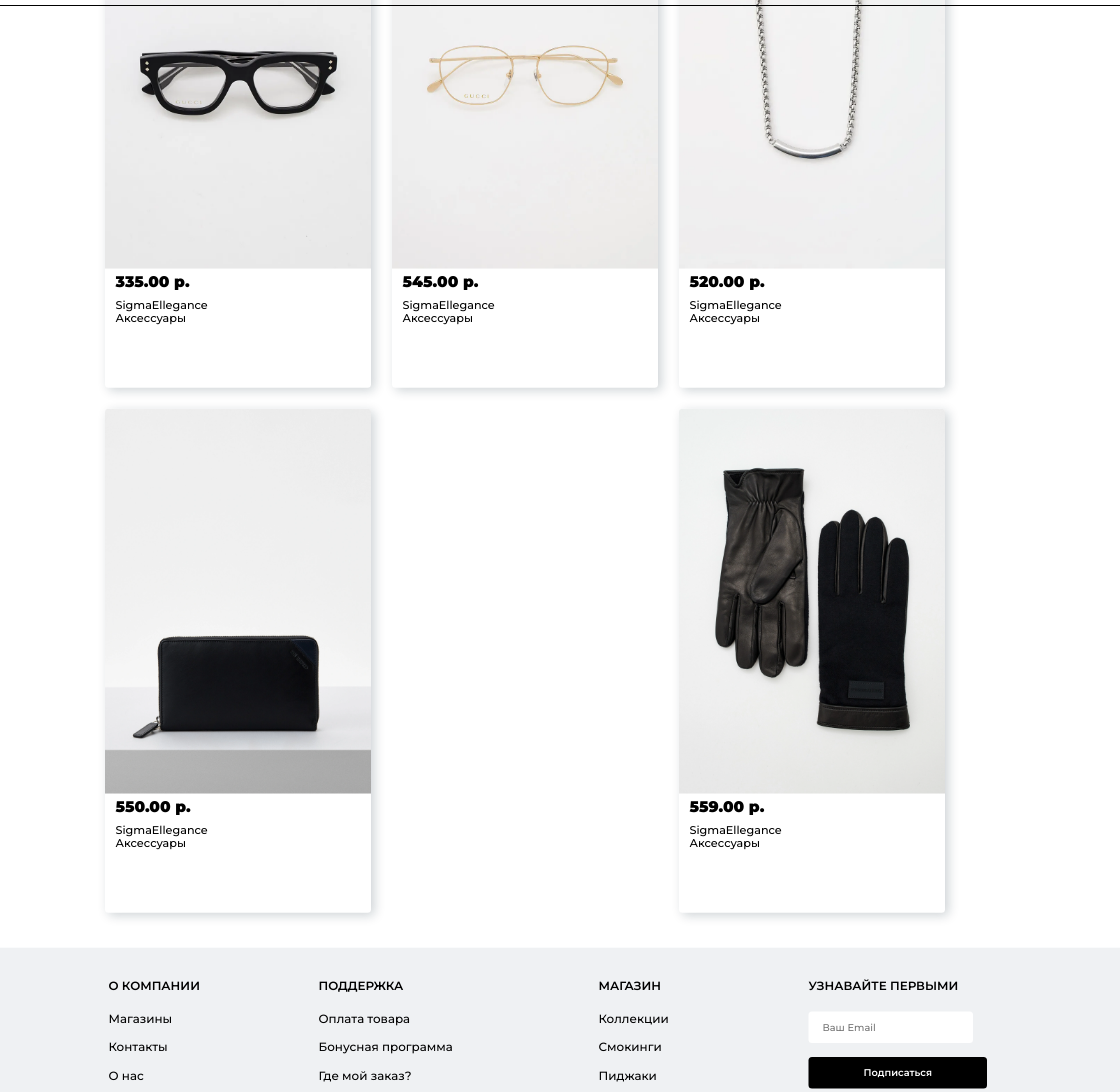
Repository: MaksimKrupkin/SigmaEllegance
Page: /goodspage/accessories
The author's editor kept a copy of each file at every save. The page is drawn from the files as they stood at one save, then again after the next save.
The browser window is 1280 px wide. The page is 1600 px wide, so the pictures cover 1600 px, including what lies to the right of the window. The pictures show the part of the page from y = 357 to 1917 px (the page is 2258 px tall), at 70% of full size.
Some web fonts or font styles are not loaded; a fallback is used. The project was rebuilt for these pictures with package versions that can differ from the ones it lists, and the page was loaded fresh each time. Requests to the local data server were answered from the project's data file. Also part of the build but not shown: src/Components/SideBar/SideBar.module.css, src/Components/SideBar/SideBar.jsx, src/Pages/HomePage.module.css, src/Components/SliderWrapper/SliderWrapper.module.css, src/Components/SliderCard/SliderCard.module.css, src/Components/SliderCard/SliderCard.jsx, src/Components/LeftArrow/LeftArrow.module.css, src/Components/LeftArrow/LeftArrow.jsx and 30 more.

Above is the page before, as saved 2023-12-19 20:25:39.

### public/index.html
<!DOCTYPE html>
<html lang="en">
  <head>
    <meta charset="utf-8" />

    <meta name="viewport" content="width=device-width, initial-scale=1" />
    <link rel="icon" type="image/png" href="./favicon.png" sizes="32x32" />
    <link rel="preconnect" href="https://fonts.googleapis.com" />
    <link rel="preconnect" href="https://fonts.gstatic.com" crossorigin />
    <link
      href="https://fonts.googleapis.com/css2?family=Roboto:wght@400;500;700&display=swap"
      rel="stylesheet" />
    <link
      href="https://fonts.googleapis.com/css2?family=Montserrat:ital,wght@0,300;0,500;0,600;0,900;1,400;1,500&family=Roboto:wght@400;500;700&display=swap"
      rel="stylesheet" />
    <link rel="preconnect" href="https://fonts.googleapis.com" />
    <link rel="preconnect" href="https://fonts.gstatic.com" crossorigin />
    <link
      href="https://fonts.googleapis.com/css2?family=Montserrat:wght@300&family=Roboto:wght@400;500;700&display=swap"
      rel="stylesheet" />
    <link href="https://fonts.cdnfonts.com/css/montserrat" rel="stylesheet" />
    <title>SigmaEllegance</title>
  </head>
  <body>
    <div id="root"></div>
  </body>
</html>

### src/index.js
import React from 'react';
import ReactDOM from 'react-dom/client';
import App from './App';
import { BrowserRouter } from 'react-router-dom';

const root = ReactDOM.createRoot(document.getElementById('root'));
root.render(
  <React.StrictMode>
    <BrowserRouter>
      <App />
    </BrowserRouter>
  </React.StrictMode>,
);

### src/App.js
import React, { useState, useEffect, useRef } from 'react';
import Header from './Components/Header/Header';
import HomePage from './Pages/HomePage';
import styles from './App.module.css';
import GoodsPage from './Pages/GoodsPage/GoodsPage';
import OpenGoodPage from './Pages/OpenGoodPage/OpenGoodPage';
import Footer from './Components/Footer/Footer';
import { BrowserRouter, Route, Routes, useParams } from 'react-router-dom';
import AboutUs from './Pages/AboutUs/AboutUs';
import SearchPage from './Pages/SearchPage/SearchPage';
import Contacts from './Pages/Contacts/Contacts';
import Payment from './Pages/Payment/Payment';
import Cart from './Pages/Cart/Cart';

function App() {
  const { category, id } = useParams();
  const [sidebarOpen, setSidebarOpen] = useState(false);

  const closeSidebar = () => {
    setSidebarOpen(false);
  };

  useEffect(() => {
    const handleOutsideClick = (event) => {};

    document.addEventListener('mousedown', handleOutsideClick);

    return () => {
      document.removeEventListener('mousedown', handleOutsideClick);
    };
  }, []);
  return (
    <div className={styles.container}>
      <Header />
      <Routes>
        <Route path="/" element={<HomePage />} />
        <Route path="/goodspage/" element={<GoodsPage />} />
        <Route path="/goodspage/:category" element={<GoodsPage />} />
        <Route path="/goodspage/:category/:id" element={<OpenGoodPage />} />
        <Route path="/opengoodspage" element={<OpenGoodPage />} />
        <Route path="/opengoodspage/:category/:id" element={<OpenGoodPage />} />
        <Route path="/aboutUsPage" element={<AboutUs />} />
        <Route path="/searchPage" element={<SearchPage />} />
        <Route path="/contacts" element={<Contacts />} />
        <Route path="/payment" element={<Payment />} />
        <Route path="/cart" element={<Cart />} />
      </Routes>

      <Footer />
    </div>
  );
}

export default App;

### src/Components/Header/Header.jsx
import React from 'react';
import { useState } from 'react';
import { Link } from 'react-router-dom';
import styles from './Header.module.css';
import logo from '../../assets/img/logo.svg';
import icon1 from '../../assets/img/Icon1.svg';
import icon2 from '../../assets/img/icon2.svg';
import icon3 from '../../assets/img/icon3.svg';
import icon4 from '../../assets/img/icon4.svg';
import SideBar from '../SideBar/SideBar';

function Header() {
  const [toggleMenu, setToggleMenu] = useState(false);
  const HandleToggle = () => {
    setToggleMenu(!toggleMenu);
  };
  console.log(toggleMenu);
  return (
    <header className={styles.header}>
      <div className={styles.left_part}>
        <div onClick={HandleToggle} className={styles.menu}>
          <img className={styles.icon1} src={icon1} alt="" />
          <p>Меню</p>
        </div>
        {toggleMenu && <SideBar HandleToggle={HandleToggle} />}

        <Link to="/searchPage" className={styles.search}>
          <img className={styles.icon2} src={icon2} alt="" />
          <p>Поиск</p>
        </Link>
      </div>
      <Link to="/" className={styles.logo_part}>
        <img className={styles.logo} src={logo} alt="" />
        <p>SigmaEllegance</p>
      </Link>
      <div className={styles.right_part}>
        <Link to="/cart" className={styles.liked}>
          <p>Желаемое</p>
          <img className={styles.icon3} src={icon3} alt="" />
        </Link>
        <Link className={styles.purchases}>
          <p>Мой SE</p>
          <img className={styles.icon4} src={icon4} alt="" />
        </Link>
      </div>
    </header>
  );
}

export default Header;

### src/App.module.css
body {
  font-family: 'Montserrat', sans-serif;
  display: block;
  margin: 0 auto;
  padding: 0;
  width: 100%;
  position: relative;
  overflow-x: hidden;
}
.container {
  width: 1600px;
  display: block;
  margin: 0 auto;
}

*,
*::before,
*::after {
  box-sizing: border-box;
}

/* Links */

a,
a:link,
a:visited {
  text-decoration: none;
}

a:hover {
  text-decoration: none;
}

/* Common */

aside,
nav,
header,
section,
main {
  display: block;
}

h1,
h2,
h3,
h4,
h5,
h6,
p {
  font-size: inherit;
  font-weight: inherit;
}

ul,
ul li {
  list-style: none;
}

img {
  vertical-align: top;
}

img,
svg {
  max-width: 100%;
  height: auto;
}

address {
  font-style: normal;
}

/* Form */

input,
textarea,
button,
select {
  font-family: inherit;
  font-size: inherit;
  color: inherit;
  background-color: transparent;
}

input::-ms-clear {
  display: none;
}

button,
input[type='submit'] {
  display: inline-block;
  box-shadow: none;
  background-color: transparent;
  background: none;
  cursor: pointer;
}

input:focus,
input:active,
button:focus,
button:active {
  outline: none;
}

button::-moz-focus-inner {
  padding: 0;
  border: 0;
}

label {
  cursor: pointer;
}

legend {
  display: block;
}

### src/Pages/GoodsPage/GoodsPage.jsx
import React, { useState, useEffect } from 'react';
import GoodsCard from '../../Components/GoodsCard/GoodsCard';
import styles from './GoodsPage.module.css';
import axios from 'axios';
import Footer from '../../Components/Footer/Footer';
import { useParams } from 'react-router-dom';
import SkeletonCard from '../../Components/SkeletonCard';

export default function GoodsPage() {
  React.useEffect(() => {
    window.scrollTo(0, 0);
  });
  const { category } = useParams();
  const [goods, setGoods] = useState([]);
  useEffect(() => {
    axios
      .get(`http://localhost:3001/${category}`)
      .then((resp) => {
        const data = resp.data;
        setGoods(data);
        setIsLoading(false);
      })
      .catch((error) => {
        console.log(error, 'error');
      });
  }, [category]);
  const firstItemType = goods.length > 0 ? goods[0].type : '';
  const [isLoading, setIsLoading] = useState(true);
  console.log(firstItemType);
  console.log(goods);

  return (
    <div className={styles.main}>
      <div className={styles.page_title}>{firstItemType}</div>
      <div className={styles.container_goods}>
        {isLoading
          ? [...new Array(6)].map((_, index) => <SkeletonCard key={index} />)
          : goods.map((card, index) => (
              <GoodsCard
                key={index}
                type={card.type}
                price={card.price}
                image={card.image1}
                id={card.id}
                category={card.category}
              />
            ))}
        {/* {goods.map((card, index) => (
          <GoodsCard
            key={index}
            type={card.type}
            price={card.price}
            image={card.image1}
            id={card.id}
          />
        ))} */}
      </div>
    </div>
  );
}

### src/Components/Footer/Footer.jsx
import React from 'react';
import icon1 from '../../assets/img/pint.svg';
import icon2 from '../../assets/img/TT.svg';
import icon3 from '../../assets/img/TG.svg';
import icon4 from '../../assets/img/IG.svg';
import icon5 from '../../assets/img/VK.svg';
import styles from './Footer.module.css';

export default function Footer() {
  return (
    <footer className={styles.footer}>
      <div className={styles.column_1}>
        <a className={styles.column_title}>О компании</a>
        <a className={styles.column_item}> Магазины</a>
        <a className={styles.column_item}>Контакты</a>
        <a className={styles.column_item}>О нас</a>
        <a className={styles.column_item}>Политика</a>
        <a className={styles.column_item}>Обратная связь</a>
      </div>
      <div className={styles.column_2}>
        <a className={styles.column_title}>Поддержка</a>
        <a className={styles.column_item}> Оплата товара</a>
        <a className={styles.column_item}>Бонусная программа</a>
        <a className={styles.column_item}>Где мой заказ?</a>
        <a className={styles.column_item}>Доставка товара</a>
        <a className={styles.column_item}>Обмен и возврат</a>
        <a className={styles.column_item}>Подарочный сертификат</a>
        <a className={styles.column_item}>Помощь портного</a>
      </div>
      <div className={styles.column_3}>
        <a className={styles.column_title}>Магазин</a>
        <a className={styles.column_item}> Коллекции</a>
        <a className={styles.column_item}>Смокинги</a>
        <a className={styles.column_item}>Пиджаки</a>
        <a className={styles.column_item}>Брюки & Штаны</a>
        <a className={styles.column_item}>Рубашки</a>
        <a className={styles.column_item}>Все товары</a>
      </div>
      <div className={styles.footer_form}>
        <div className={styles.footer_form_title}>Узнавайте первыми</div>
        <form action={styles.text}>
          <input className={styles.footer_form_email} type="text" placeholder="Ваш Email" />
        </form>
        <div className={styles.footer_button}>
          <div className={styles.footer_link}>Подписаться</div>
        </div>
        <div className={styles.policy}>
          Подписываясь на рассылку, вы соглашаетесь с условиями{' '}
          <a href="" className={styles.policy_link}>
            оферты
          </a>{' '}
          и <a className={styles.policy_link}>политики конфиденциальности</a>{' '}
        </div>
      </div>
      <div className={styles.footer_border}>
        <img src="/img/Border.svg" alt="" />
      </div>
      <div className={styles.sigma_corp}>© SigmaEllegance, 2023</div>
      <div className={styles.made_by}>made by @krupkinmaxim</div>
      <div className={styles.social_networks}>
        <img className={styles.pintrest} src={icon1} alt="" />
        <img className={styles.tik_tok} src={icon2} alt="" />
        <img className={styles.telegram} src={icon3} alt="" />
        <img className={styles.instagram} src={icon4} alt="" />
        <img className={styles.vk} src={icon5} alt="" />
      </div>
    </footer>
  );
}

### src/Components/Header/Header.module.css
.header {
  font-family: 'Montserrat', sans-serif;
  margin: 0 auto;
  width: 100%;
  height: 10vh;
  display: flex;
  justify-content: space-around;
  align-items: center;
}

.left_part {
  display: flex;
  justify-content: space-between;
  align-items: center;
  gap: 25px;
  color: #000;
  margin-bottom: -2px;

  font-family: Montserrat;
  font-size: 17px;
  font-style: normal;
  font-weight: 500;
  line-height: normal;
}
.menu {
  display: flex;
  justify-content: space-between;
  align-items: center;
  gap: 8px;
  cursor: pointer;
}
.menu:hover {
  color: rgb(80, 77, 77);
}
.icon1 {
  width: 22px;
  height: 22px;
  margin-bottom: 1px;
}
.search {
  display: flex;
  justify-content: space-between;
  align-items: center;
  gap: 8px;
  cursor: pointer;
  color: black;
}

.search:hover {
  color: rgb(80, 77, 77);
}
.icon2 {
  width: 18px;
  height: 18px;
  margin-bottom: 3px;
}

.logo_part {
  margin-bottom: 3px;
  display: flex;
  justify-content: space-between;
  align-items: center;

  color: #000;

  font-family: Montserrat;
  font-size: 25px;
  font-style: normal;
  font-weight: 400;
  line-height: normal;
  cursor: pointer;
}

.logo {
  width: 67.375px;
  height: 69.103px;
  flex-shrink: 0;
  margin-right: -10px;
}
.right_part {
  margin-bottom: -2px;
  display: flex;
  justify-content: space-between;
  align-items: center;
  gap: 23px;
  font-family: Montserrat;
  font-size: 17px;
  font-style: normal;
  font-weight: 500;
  line-height: normal;
}

.liked {
  color: black;
  display: flex;
  justify-content: space-between;
  align-items: center;
  gap: 8px;
  cursor: pointer;
}
.liked:hover {
  color: rgb(80, 77, 77);
}
.icon3 {
  width: 22px;
  height: 22px;
  margin-bottom: 3px;
}

.purchases {
  color: black;
  display: flex;
  justify-content: space-between;
  align-items: center;
  gap: 8px;
  cursor: pointer;
}
.purchases:hover {
  color: rgb(80, 77, 77);
}

.icon4 {
  width: 19px;
  height: 19px;
  margin-bottom: 3px;
}

### src/Components/GoodsCard/GoodsCard.jsx
import React from 'react';
import styles from './GoodsCard.module.css';
import { useState } from 'react';
import { Link, useParams } from 'react-router-dom';

export default function GoodsCard({ price, image, id, type, category }) {
  return (
    <div className={styles.goods_card}>
      <Link to={`/opengoodspage/${category}/${id}`} className={styles.goods_link}>
        <img src={image} alt="" className={styles.good_image} />
        <div className={styles.price}>{price}</div>
        <div className={styles.brandname}>SigmaEllegance</div>
        <div className={styles.type}>{type}</div>
      </Link>
    </div>
  );
}

### src/Pages/GoodsPage/GoodsPage.module.css
.main {
  display: flex;
  flex-direction: column;
  overflow-y: hidden;
}
.page_title {
  text-align: center;
  margin-top: 20px;
  font-size: 40px;
  text-transform: uppercase;
}

.container_goods {
  width: 1200px;

  margin: 150px;
  margin-right: 140px;
  margin-top: 50px;
  display: flex;
  justify-content: space-between;
  gap: 115px;

  border-color: #00bfed;
  display: flex;
  justify-content: space-between;
  gap: 30px;
  flex-wrap: wrap;
  margin-bottom: 50px;
}

### src/Components/SkeletonCard.jsx
import React from 'react';
import ContentLoader from 'react-content-loader';

const SkeletonCard = () => (
  <ContentLoader
    speed={1.3}
    width={380}
    height={730}
    viewBox="0 0 380 730"
    backgroundColor="#e3e6ed"
    foregroundColor="#d8e2ee">
    <rect x="126" y="76" rx="0" ry="0" width="2" height="2" />
    <rect x="106" y="55" rx="0" ry="0" width="3" height="3" />
    <rect x="98" y="112" rx="0" ry="0" width="2" height="1" />
    <rect x="100" y="112" rx="0" ry="0" width="0" height="1" />
    <rect x="2" y="1" rx="8" ry="8" width="380" height="720" />
  </ContentLoader>
);

export default SkeletonCard;

### src/Components/Footer/Footer.module.css
.footer {
  background-color: #eff1f3;
  width: 1600px;
  height: 547px;
  position: absolute;
  overflow-y: hidden;
  margin-top: 0px;
}
a {
  display: block;
}

.column_1 {
  position: absolute;
  top: 45px;
  left: 155px;
}

.column_2 {
  position: absolute;
  top: 45px;
  left: 455px;
}

.column_3 {
  position: absolute;
  top: 45px;
  left: 855px;
}
.column_title {
  font-style: normal;
  font-weight: 600;
  font-size: 17px;
  line-height: 21px;
  text-transform: uppercase;
  color: #000000;
  margin-bottom: 25px;
}

.column_item {
  font-family: 'Montserrat';
  font-style: normal;
  font-weight: 400;
  font-size: 17px;
  line-height: 21px;
  color: #000000;
  margin-bottom: 20px;
  cursor: pointer;
}

.footer_form {
  position: absolute;
  top: 45px;
  left: 1155px;
}

.footer_form_title {
  font-style: normal;
  font-weight: 600;
  font-size: 17px;
  line-height: 21px;
  text-transform: uppercase;
  color: #000000;
  margin-bottom: 25px;
}
.footer {
  opacity: 1;
}
.footer_form_email {
  width: 235px;
  height: 45px;
  background-color: white;
  border: none;
  border-radius: 5px;
  font-style: normal;
  font-weight: 400;
  font-size: 14px;
  line-height: 17px;
  padding-left: 20px;
  color: rgba(0, 0, 0, 0.4);
}
.footer_form_email:focus {
  border: 2px solid black;
}

.footer_button {
  margin-top: 20px;
  margin-bottom: 20px;
  width: 255px;
  background-color: #000000;
  border-radius: 5px;
  text-align: center;
  font-style: normal;
  font-weight: 600;
  font-size: 14px;
  line-height: 45px;
  color: #ffffff;
  cursor: pointer;
}
.footer_link {
  color: #ffffff;
}

.policy {
  width: 254px;
  font-style: normal;
  font-weight: 400;
  font-size: 13px;
  line-height: 15px;
  color: #000000;
}
.policy_link {
  font-style: normal;
  font-weight: 400;
  font-size: 12px;
  line-height: 15px;
  color: #00bfed;
}

.footer_border {
  position: absolute;
  bottom: 120px;
}

.sigma_corp {
  position: absolute;
  left: 155px;
  bottom: 45px;

  font-weight: 500;
}

.made_by {
  position: absolute;
  left: 650px;
  bottom: 45px;
  font-weight: 500;
}

.social_networks {
  position: absolute;
  left: 1180px;
  bottom: 35px;
}
.pintrest {
  width: 30px;
  height: 30px;
  margin-right: 10px;
  transition: all 0.1s ease-in;
  cursor: pointer;
}
.pintrest:hover {
  width: 35px;
  height: 35px;
  transform: translateY(-3px);
}
.tik_tok {
  width: 30px;
  height: 30px;
  margin-right: 10px;
  transition: all 0.1s ease-in;
  cursor: pointer;
}
.tik_tok:hover {
  width: 35px;
  height: 35px;
  transform: translateY(-3px);
}
.telegram {
  width: 30px;
  height: 30px;
  margin-right: 10px;
  transition: all 0.1s ease-in;
  cursor: pointer;
}
.telegram:hover {
  width: 35px;
  height: 35px;
  transform: translateY(-3px);
}
.instagram {
  width: 30px;
  height: 30px;
  margin-right: 10px;
  transition: all 0.1s ease-in;
  cursor: pointer;
}
.instagram:hover {
  width: 35px;
  height: 35px;
  transform: translateY(-3px);
}
.vk {
  width: 30px;
  height: 30px;
  margin-right: 10px;
  transition: all 0.1s ease-in;
  cursor: pointer;
}
.vk:hover {
  width: 35px;
  height: 35px;
  transform: translateY(-3px);
}

### src/Components/GoodsCard/GoodsCard.module.css
.goods_card {
  width: 380px;
  height: 720px;
  border-radius: 5px;
  -webkit-box-shadow: 5px 4px 15px 0px rgba(11, 34, 51, 0.2);
  -moz-box-shadow: 5px 4px 15px 0px rgba(11, 34, 51, 0.2);
  box-shadow: 5px 4px 15px 0px rgba(11, 34, 51, 0.2);
  transition: all 0.2s ease-in;
}

.good_image {
  width: 380px;
  height: 550px;
  border-top-left-radius: 5px;
  border-top-right-radius: 5px;
}

.goods_link {
  color: #000000;
}

.price {
  font-size: 22px;
  font-weight: 700;
  margin-left: 15px;
  margin-bottom: 10px;
  margin-top: 5px;
}
.brandname {
  font-size: 16px;
  font-weight: 500;
  margin-left: 15px;
}

.type {
  font-size: 16px;
  font-weight: 500;
  margin-left: 15px;
  margin-bottom: 15px;
}
.goods_card:hover {
  -webkit-box-shadow: 9px -5px 17px -5px rgba(11, 34, 51, 0.6);
  -moz-box-shadow: 9px -5px 17px -5px rgba(11, 34, 51, 0.6);
  box-shadow: 9px -5px 17px -5px rgba(11, 34, 51, 0.6);
}

Loaded but not shown: server/db.json (2121 lines, source omitted)

After the next save:
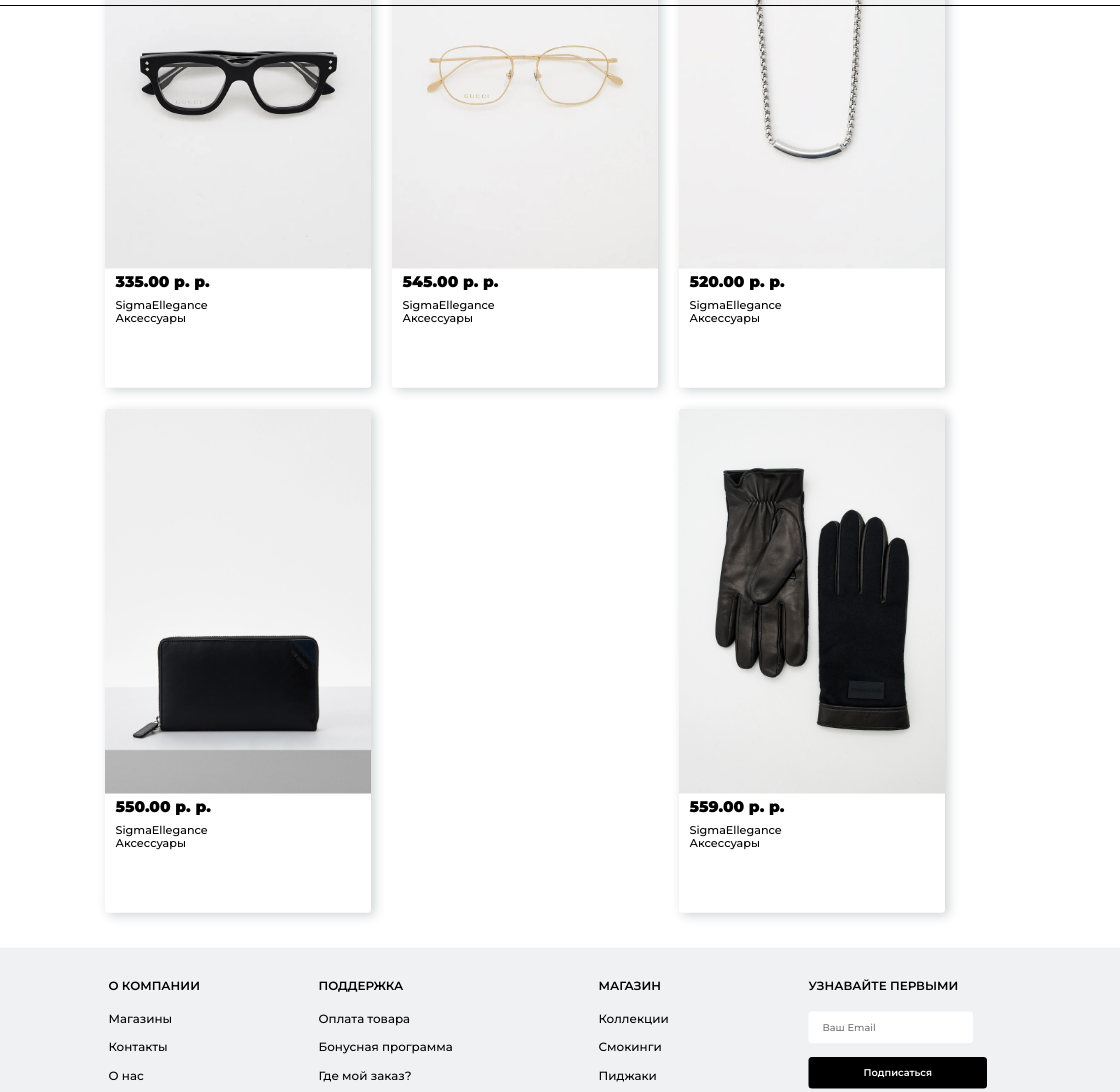
Saved 6 min 34 s later.
--- a/src/Components/GoodsCard/GoodsCard.jsx
+++ b/src/Components/GoodsCard/GoodsCard.jsx
@@ -8,7 +8,7 @@
     <div className={styles.goods_card}>
       <Link to={`/opengoodspage/${category}/${id}`} className={styles.goods_link}>
         <img src={image} alt="" className={styles.good_image} />
-        <div className={styles.price}>{price}</div>
+        <div className={styles.price}>{price} р.</div>
         <div className={styles.brandname}>SigmaEllegance</div>
         <div className={styles.type}>{type}</div>
       </Link>
